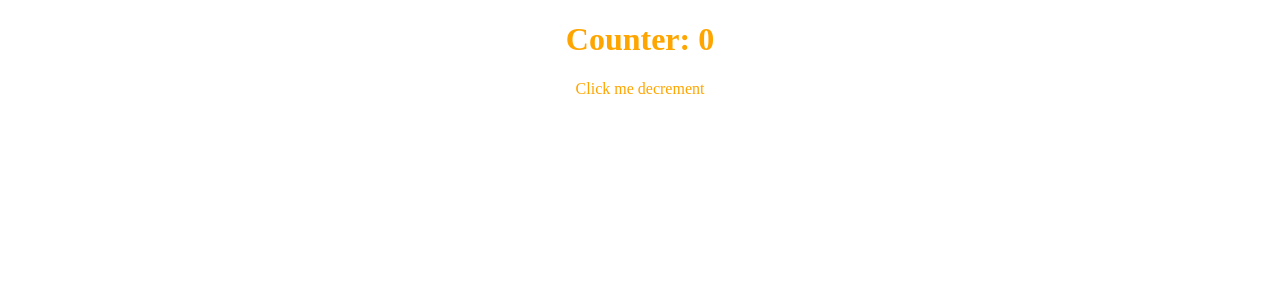
Repository: kegbaDev/React-calculation-game
Page: counter.html
An editor plug-in stored every save of this project. The page is shown before and after a run of saves, followed by the edit.
The browser window is 1280 px wide. The pictures show the whole page.
Some web libraries are served in a nearby version.

Above is the page before, as saved 2023-04-22 17:11:46.

### counter.html
<!DOCTYPE html>
<html lang="en">

<head>
    <meta charset="UTF-8">
    <meta http-equiv="X-UA-Compatible" content="IE=edge">
    <meta name="viewport" content="width=device-width, initial-scale=1.0">

    <script src="https://unpkg.com/react@16/umd/react.development.js" crossorigin></script>
    <script src="https://unpkg.com/react-dom@16/umd/react-dom.development.js" crossorigin></script>
    <script src="https://unpkg.com/babel-standalone@6/babel.min.js"></script>
    <title>Counter</title>

    <style>
        #app {
            text-align: center;
            color: orange;
        }
    </style>
</head>

<body>

    <div id="app"></div>


    <script type="text/babel">

        class Counter extends React.Component {
            constructor(props){
                super(props);
                this.state = {
                    actualValue: 0
                };
            }

            render(){
                return(
                    <div>
                        <h1>Counter: { this.state.actualValue }</h1>
                        <buttom onClick = { this.increment }> Click me </buttom>
                        <buttom onClick = { this.decrement }>decrement</buttom>
                    </div>

                );
            }

            increment = () => {
                this.setState( oldState => ({
                    actualValue: oldState.actualValue + 1,
                }))
            }

            decrement = () => {
                this.SetState({

                })
            }


        }

        class App extends React.Component{
            render(){
                return(
                    <div>
                        <Counter/>
                    </div>
                );
            }
        }

        ReactDOM.render(<App/>, document.querySelector('#app'))
    </script>
</body>

</html>

After the next 2 saves:
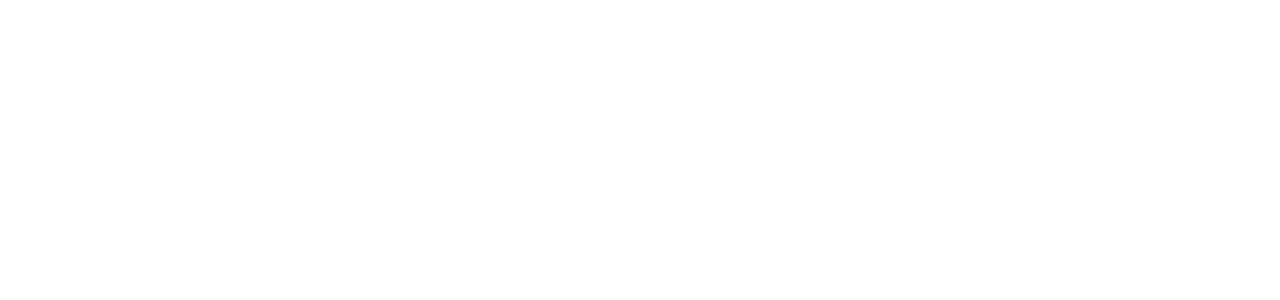
Console error (its wording comes from the project's code and is left out).
The 2 saves are shown as one change because they came seconds apart.
The last was saved 18 s later.
--- a/counter.html
+++ b/counter.html
@@ -53,7 +53,7 @@
 
             decrement = () => {
                 this.SetState({
-
+                    actualValue:
                 })
             }
 

After the 3 saves that followed:
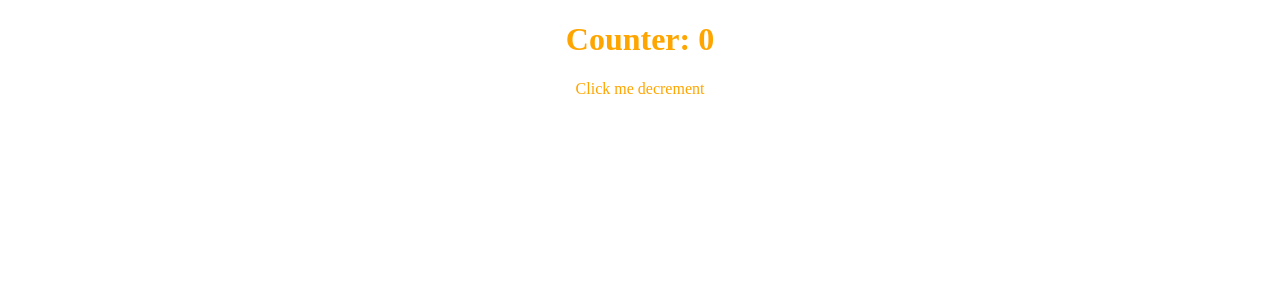
The error is gone.
The 3 saves are shown as one change because 1 left the picture as it was and some came seconds apart.
The last was saved 12 s later.
--- a/counter.html
+++ b/counter.html
@@ -53,7 +53,7 @@
 
             decrement = () => {
                 this.SetState({
-                    actualValue:
+                    actualValue: this.state.actu
                 })
             }
 
